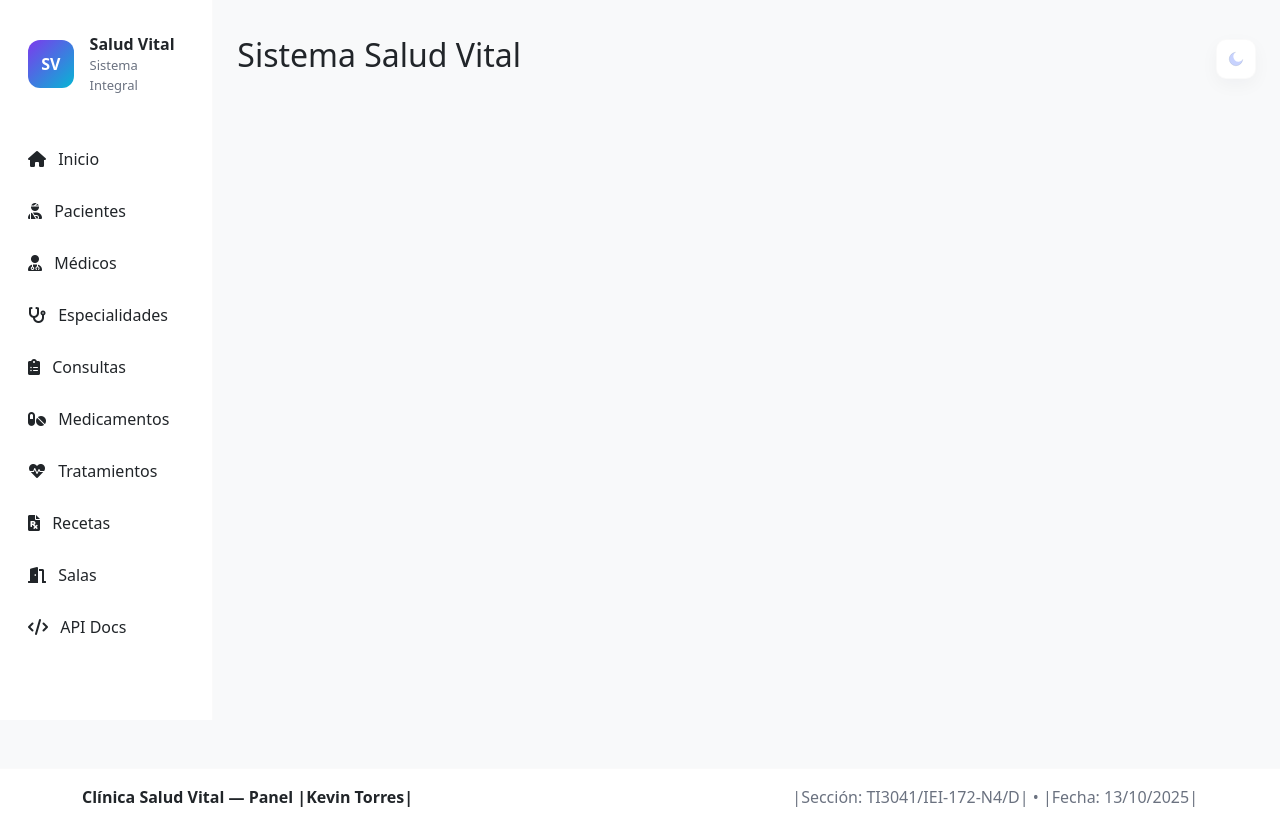
Repository: KeviNozh/eva2_clinica
Page: templates/base.html
These files come from the project's save history. The page is drawn as it stood at one moment and after the next save; the edit follows.
The browser window is 1280 px wide. The pictures show the whole page.
The template is drawn by Django 5.2. The application's start-up code is not run. Other server files are loaded and not shown. The template is opened directly, without the code that normally fills it, so the values that code supplies are empty.

Above is the page before, as saved 2025-10-16 00:58:32.

### templates/base.html

<!DOCTYPE html>
<html lang="es">
<head>
    <meta charset="UTF-8">
    <meta name="viewport" content="width=device-width, initial-scale=1.0">
    <title>{% block title %}Sistema Salud Vital{% endblock %}</title>

    <!-- Prevent theme flash: apply saved preference before CSS loads -->
    <script>
    (function(){
        try {
            const KEY = 'salud_vital_theme';
            const saved = localStorage.getItem(KEY);
            if (saved === 'dark') {
                document.documentElement.setAttribute('data-theme', 'dark');
            } else if (saved === 'light') {
                document.documentElement.removeAttribute('data-theme');
            } else {
                const prefersDark = window.matchMedia && window.matchMedia('(prefers-color-scheme: dark)').matches;
                if (prefersDark) document.documentElement.setAttribute('data-theme', 'dark');
                else document.documentElement.removeAttribute('data-theme');
            }
        } catch (e) {
            // Silently ignore (no localStorage access)
        }
    })();
    </script>

    <!-- Bootstrap -->
    <link href="https://cdn.jsdelivr.net/npm/bootstrap@5.3.0/dist/css/bootstrap.min.css" rel="stylesheet">
    <link rel="stylesheet" href="https://cdnjs.cloudflare.com/ajax/libs/font-awesome/6.0.0/css/all.min.css">

    <!-- Google Fonts -->
    <link href="https://fonts.googleapis.com/css2?family=Poppins:wght@300;400;600;700&display=swap" rel="stylesheet">

    <style>
        :root {
            --bg: #f8f9fa; /* Fondo gris claro para que las tarjetas blancas resalten */
            --muted: #6b7280;
            --text: #212529; /* Texto principal oscuro y legible */
            --card: #fff;
            --glass: rgba(121, 121, 121, 0.04);
            --accent-1: linear-gradient(135deg,#7c3aed,#06b6d4);
            --accent-2: linear-gradient(135deg,#ff7a59,#ffb86b);
            --accent-3: linear-gradient(135deg,#34d399,#60a5fa);
            --accent-4: linear-gradient(135deg,#f472b6,#7c3aed);
            --radius: 12px;
            --shadow: 0 10px 30px rgba(11,21,40,0.06);
            --max-width: 1200px;
            font-family: 'Poppins', system-ui, -apple-system, "Segoe UI", Roboto, Arial, sans-serif;
            color-scheme: light;
            background-color: var(--bg);
            color: var(--text);
        }

        html[data-theme="dark"] {
            --bg: #0c1427;
            --soft-bg: #151e33;
            --glass: rgba(255, 255, 255, 0.04);
            --muted: #8d96a7;
            --white: #e9ecef; /* Texto principal ahora es claro */
        }

        * { box-sizing: border-box }
        html, body { height: 100%; margin: 0; background: var(--bg); -webkit-font-smoothing: antialiased; color: var(--text); }
        a { color: inherit; text-decoration: none }
        button { font: inherit }

        .sidebar {
            min-height: 100vh;
            background: var(--card);
            border-right: 1px solid var(--glass);
        }

        .sidebar .nav-link {
            color: var(--text);
            padding: 12px 16px;
            border-radius: var(--radius);
            margin-bottom: 4px;
            transition: all 0.2s ease;
        }

        .sidebar .nav-link:hover {
            background: var(--glass);
            transform: translateX(4px);
        }

        .main-content {
            background: var(--bg);
            padding: 20px;
        }

        .card-custom {
            background: var(--card);
            border-radius: var(--radius);
            box-shadow: var(--shadow);
            border: 1px solid var(--glass);
            margin-bottom: 20px;
        }

        .btn-primary-custom {
            background: var(--accent-1);
            border: none;
            color: white;
            font-weight: 600;
        }

        .theme-toggle {
            display: inline-grid;
            place-items: center;
            width: 40px;
            height: 40px;
            border-radius: 10px;
            border: 1px solid var(--glass);
            background: var(--card);
            cursor: pointer;
            box-shadow: 0 6px 18px rgba(11,21,40,0.04);
        }

            html[data-theme="dark"] .theme-toggle {
                background: rgba(255, 255, 255, 0.05); /* Ligeramente más claro */
                border: 1px solid rgba(255, 255, 255, 0.1); /* Borde más visible */
            }

        .table-custom {
            background: var(--card);
            border-radius: var(--radius);
            overflow: hidden;
            box-shadow: var(--shadow);
        }

        .table-custom th {
            background: var(--glass);
            color: var(--muted);
            font-weight: 600;
            border: none;
            padding: 12px 16px;
        }

        .table-custom td {
            padding: 12px 16px;
            border-bottom: 1px solid var(--glass);
        }

        .form-control-custom, .form-select-custom {
            background: var(--card);
            border: 1px solid var(--glass);
            color: var(--text);
            border-radius: var(--radius);
        }

        .form-control-custom:focus, .form-select-custom:focus {
            background: var(--card);
            border-color: #7c3aed;
            color: var(--text);
            box-shadow: 0 0 0 0.2rem rgba(124, 58, 237, 0.25);
        }
    </style>
</head>
<body>
    <div class="container-fluid">
        <div class="row">
            <!-- Sidebar -->
            <nav class="col-md-3 col-lg-2 d-md-block sidebar">
                <div class="position-sticky pt-3">
                    <div class="brand p-3 mb-4">
                        <div class="d-flex align-items-center gap-3">
                            <div class="logo" style="width: 48px; height: 48px; border-radius: 12px; background: var(--accent-1); display: grid; place-items: center; color: white; font-weight: 700;">
                                SV
                            </div>
                            <div>
                                <div class="title" style="font-weight: 700;">Salud Vital</div>
                                <div class="tag" style="font-size: 13px; color: var(--muted);">Sistema Integral</div>
                            </div>
                        </div>
                    </div>

                    <ul class="nav flex-column">
                        <li class="nav-item">
                            <a class="nav-link" href="{% url 'inicio' %}">
                                <i class="fas fa-home me-2"></i> Inicio
                            </a>
                        </li>
                        <li class="nav-item">
                            <a class="nav-link" href="{% url 'crud:crud_pacientes' %}">
                                <i class="fas fa-user-injured me-2"></i> Pacientes
                            </a>
                        </li>
                        <li class="nav-item">
                            <a class="nav-link" href="{% url 'crud:crud_medicos' %}">
                                <i class="fas fa-user-md me-2"></i> Médicos
                            </a>
                        </li>
                        <li class="nav-item">
                            <a class="nav-link" href="{% url 'crud:crud_especialidades' %}">
                                <i class="fas fa-stethoscope me-2"></i> Especialidades
                            </a>
                        </li>
                        <li class="nav-item">
                            <a class="nav-link" href="{% url 'crud:crud_consultas' %}">
                                <i class="fas fa-clipboard-list me-2"></i> Consultas
                            </a>
                        </li>
                        <li class="nav-item">
                            <a class="nav-link" href="{% url 'crud:crud_medicamentos' %}">
                                <i class="fas fa-pills me-2"></i> Medicamentos
                            </a>
                        </li>
                        <li class="nav-item">
                            <a class="nav-link" href="{% url 'crud:crud_tratamientos' %}">
                                <i class="fas fa-heartbeat me-2"></i> Tratamientos
                            </a>
                        </li>
                        <li class="nav-item">
                            <a class="nav-link" href="{% url 'crud:crud_recetas' %}">
                                <i class="fas fa-file-prescription me-2"></i> Recetas
                            </a>
                        </li>
                        <li class="nav-item">
                            <a class="nav-link" href="{% url 'crud:crud_salas' %}">
                                <i class="fas fa-door-open me-2"></i> Salas
                            </a>
                        </li>
                        <li class="nav-item">
                            <a class="nav-link" href="/api/docs/" target="_blank">
                                <i class="fas fa-code me-2"></i> API Docs
                            </a>
                        </li>
                    </ul>
                </div>
            </nav>

            <!-- Main content -->
            <main class="col-md-9 ms-sm-auto col-lg-10 px-md-4 main-content">
                <div class="d-flex justify-content-between flex-wrap flex-md-nowrap align-items-center pt-3 pb-2 mb-3">
                    <h1 class="h2">{% block page_title %}Sistema Salud Vital{% endblock %}</h1>
                    <div class="d-flex align-items-center gap-2">
                        <button class="theme-toggle" aria-pressed="false" title="Cambiar tema" data-theme-toggle>
                            <span class="sr-only">Alternar tema claro/oscuro</span>
                            <svg width="18" height="18" viewBox="0 0 24 24" fill="none" aria-hidden>
                                <path d="M21 12.79A9 9 0 1111.21 3 7 7 0 0021 12.79z" fill="#0b1530" opacity="0.95"/>
                                <path d="M12 2v2M12 20v2M4.22 4.22l1.42 1.42M18.36 18.36l1.42 1.42M2 12h2M20 12h2M4.22 19.78l1.42-1.42M18.36 5.64l1.42-1.42" stroke="#6b7280" stroke-width="1.1" stroke-linecap="round" stroke-linejoin="round"/>
                            </svg>
                        </button>
                    </div>
                </div>

                <!-- Mensajes -->
                {% if messages %}
                <div class="messages">
                    {% for message in messages %}
                    <div class="alert alert-{{ message.tags }} alert-dismissible fade show" role="alert">
                        {{ message }}
                        <button type="button" class="btn-close" data-bs-dismiss="alert"></button>
                    </div>
                    {% endfor %}
                </div>
                {% endif %}

                <!-- Contenido principal -->
                {% block content %}
                {% endblock %}
            </main>
        </div>
    </div>

    <!-- Footer -->
    <footer class="mt-5 py-3" style="background: var(--card); border-top: 1px solid var(--glass);">
        <div class="container">
            <div class="d-flex justify-content-between align-items-center">
                <div style="font-weight:700">Clínica Salud Vital — Panel |Kevin Torres| </div>
                <div style="color: var(--muted);">|Sección: TI3041/IEI-172-N4/D| • |Fecha: 13/10/2025|</div>
            </div>
        </div>
    </footer>

    <script src="https://cdn.jsdelivr.net/npm/bootstrap@5.3.0/dist/js/bootstrap.bundle.min.js"></script>

    <script>
    (function(){
        const KEY = 'salud_vital_theme';
        const root = document.documentElement;
        const btn = document.querySelector('[data-theme-toggle]');
        const yearEl = document.getElementById('current-year');
        if (yearEl) yearEl.textContent = new Date().getFullYear(); // protegido

        // SVG icons (sun for light, moon for dark)
        const ICON_SUN = '<svg width="18" height="18" viewBox="0 0 24 24" fill="none" aria-hidden><circle cx="12" cy="12" r="4" fill="#f59e0b"/><path d="M12 2v2M12 20v2M4.22 4.22l1.42 1.42M18.36 18.36l1.42 1.42M2 12h2M20 12h2M4.22 19.78l1.42-1.42M18.36 5.64l1.42-1.42" stroke="#fbbf24" stroke-width="1.1" stroke-linecap="round" stroke-linejoin="round"/></svg>';
        const ICON_MOON = '<svg width="18" height="18" viewBox="0 0 24 24" fill="none" aria-hidden><path d="M21 12.79A9 9 0 1111.21 3a7 7 0 109.79 9.79z" fill="#c7d2fe"/><path d="M21 12.79A9 9 0 1111.21 3" stroke="#94a3b8" stroke-width="0.6" stroke-linecap="round" stroke-linejoin="round" opacity="0.6"/></svg>';

        function applyTheme(theme){
            if(!btn) return; // si no hay botón, salimos
            if(theme === 'dark'){
                root.setAttribute('data-theme','dark');
                btn.setAttribute('aria-pressed','true');
                btn.title = 'Cambiar a tema claro';
                btn.innerHTML = '<span class="sr-only">Tema oscuro activado. Cambiar a claro</span>' + ICON_SUN;
            } else {
                root.removeAttribute('data-theme');
                btn.setAttribute('aria-pressed','false');
                btn.title = 'Cambiar a tema oscuro';
                btn.innerHTML = '<span class="sr-only">Tema claro activado. Cambiar a oscuro</span>' + ICON_MOON;
            }
        }

        // initial: saved preference > prefers-color-scheme > default light
        try {
            const saved = localStorage.getItem(KEY);
            if(saved === 'dark' || saved === 'light'){
                applyTheme(saved);
            } else {
                const prefersDark = window.matchMedia && window.matchMedia('(prefers-color-scheme: dark)').matches;
                applyTheme(prefersDark ? 'dark' : 'light');
            }
        } catch(e) {
            // ignore storage errors and default to system
            const prefersDark = window.matchMedia && window.matchMedia('(prefers-color-scheme: dark)').matches;
            applyTheme(prefersDark ? 'dark' : 'light');
        }

        if (btn) {
            btn.addEventListener('click', function(){
                const isDark = root.getAttribute('data-theme') === 'dark';
                const next = isDark ? 'light' : 'dark';
                applyTheme(next);
                try { localStorage.setItem(KEY, next); } catch(e) {}
            });

            // Keep keyboard accessible (Enter / Space)
            btn.addEventListener('keydown', function(e){
                if(e.key === 'Enter' || e.key === ' '){
                    e.preventDefault();
                    btn.click();
                }
            });
        }
    })();
    </script>

    {% block scripts %}
    {% endblock %}
</body>
</html>

After the next save:
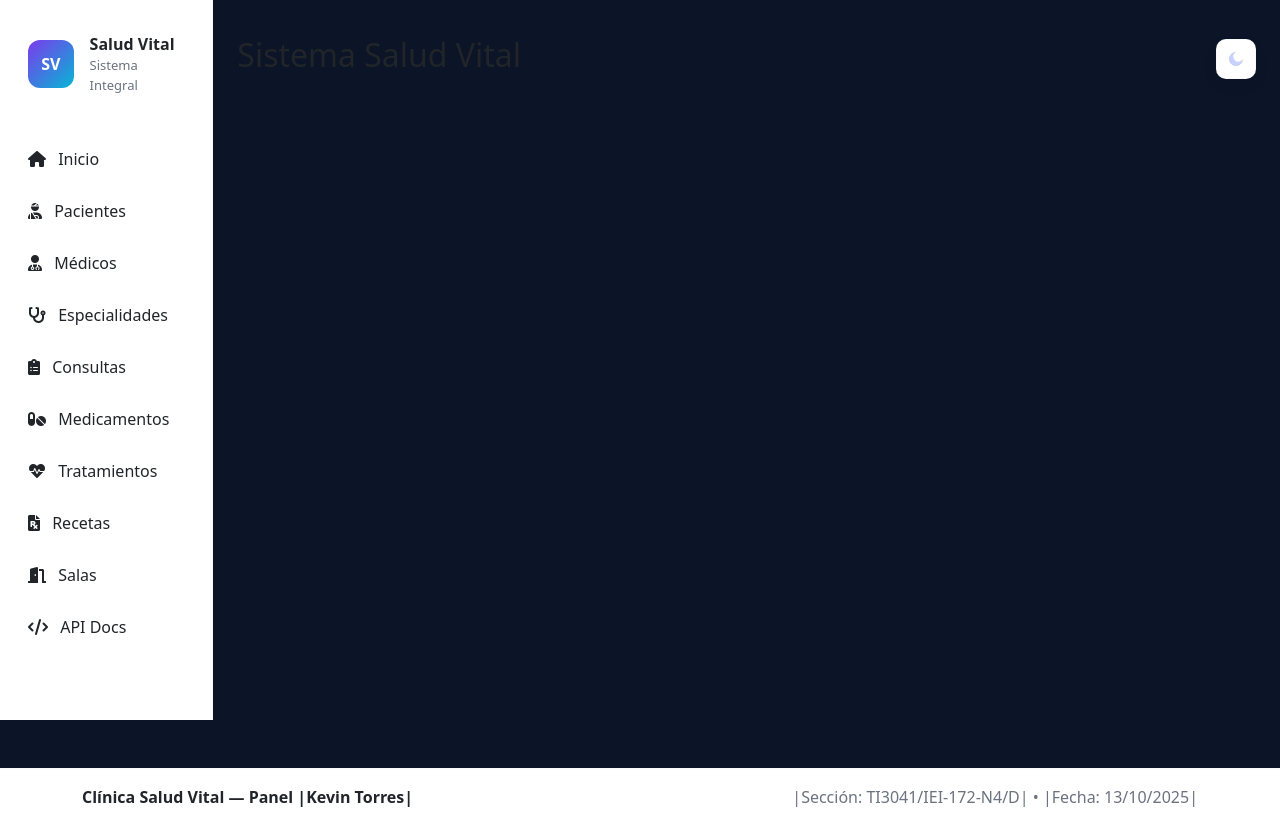
Saved 6 min 12 s later.
--- a/templates/base.html
+++ b/templates/base.html
@@ -36,7 +36,7 @@
 
     <style>
         :root {
-            --bg: #f8f9fa; /* Fondo gris claro para que las tarjetas blancas resalten */
+            --bg: #0c1427; /* Fondo gris claro para que las tarjetas blancas resalten */
             --muted: #6b7280;
             --text: #212529; /* Texto principal oscuro y legible */
             --card: #fff;
